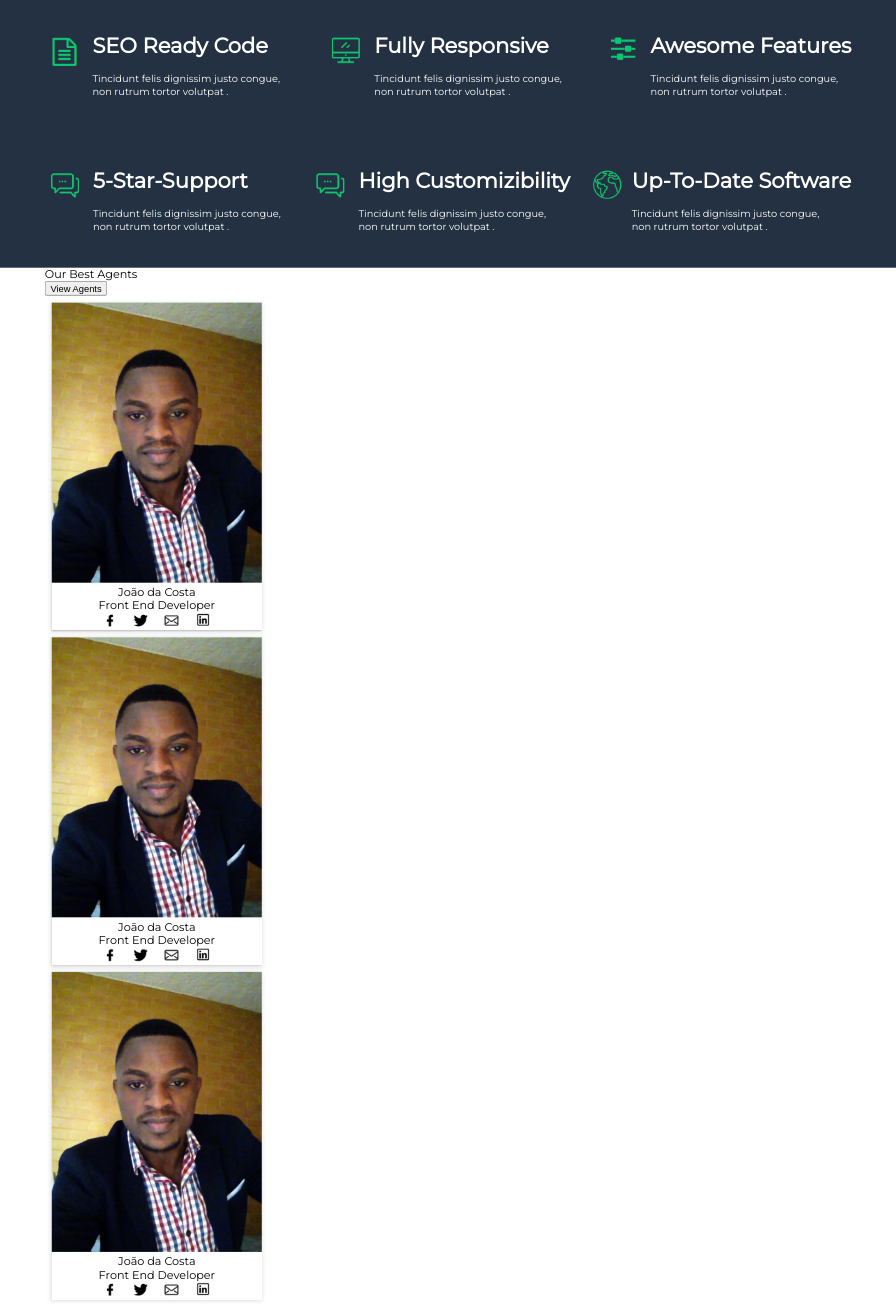
Repository: Yowani24/Real-Estate2
Page: index.html
These files come from the project's save history. The page is drawn as it stood at one moment and after the next save; the edit follows.
The browser window is 1280 px wide. The pictures show the part of the page from y = 1379 to 3299 px (the page is 3245 px tall before and 3299 px after), at 70% of full size.
Some web fonts or font styles are not loaded; a fallback is used.

Above is the page before, as saved 2021-08-27 15:11:42.

After the next save:
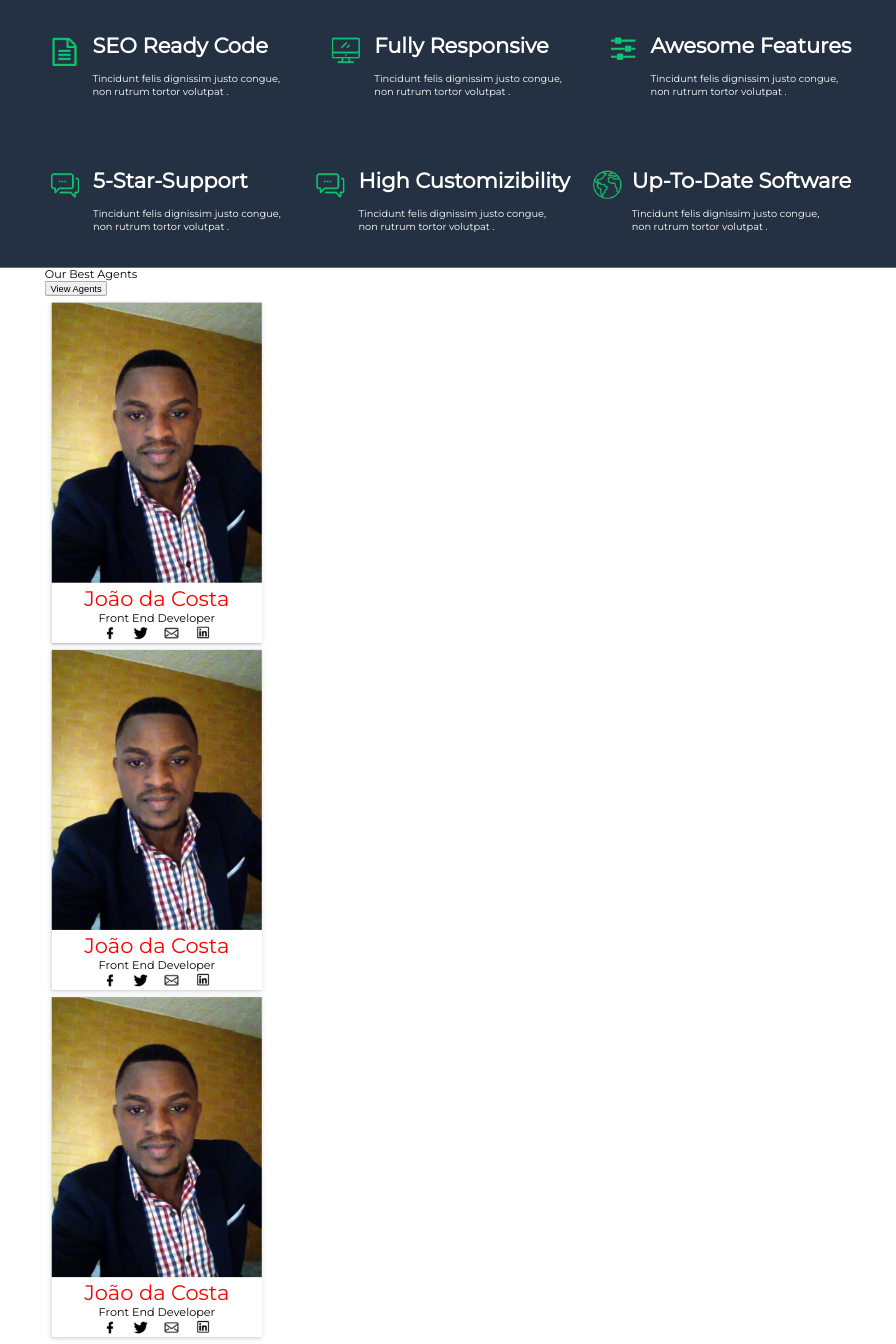
Saved 3 min 15 s later.
--- a/styles.css
+++ b/styles.css
@@ -200,7 +200,7 @@
     margin: 10px;
     text-align: center;
 }
-.agents_box p:nth-child(1){
+.agents_box p:nth-child(2){
     font-size: 30px;
     color: red;
 }

After the save that followed:
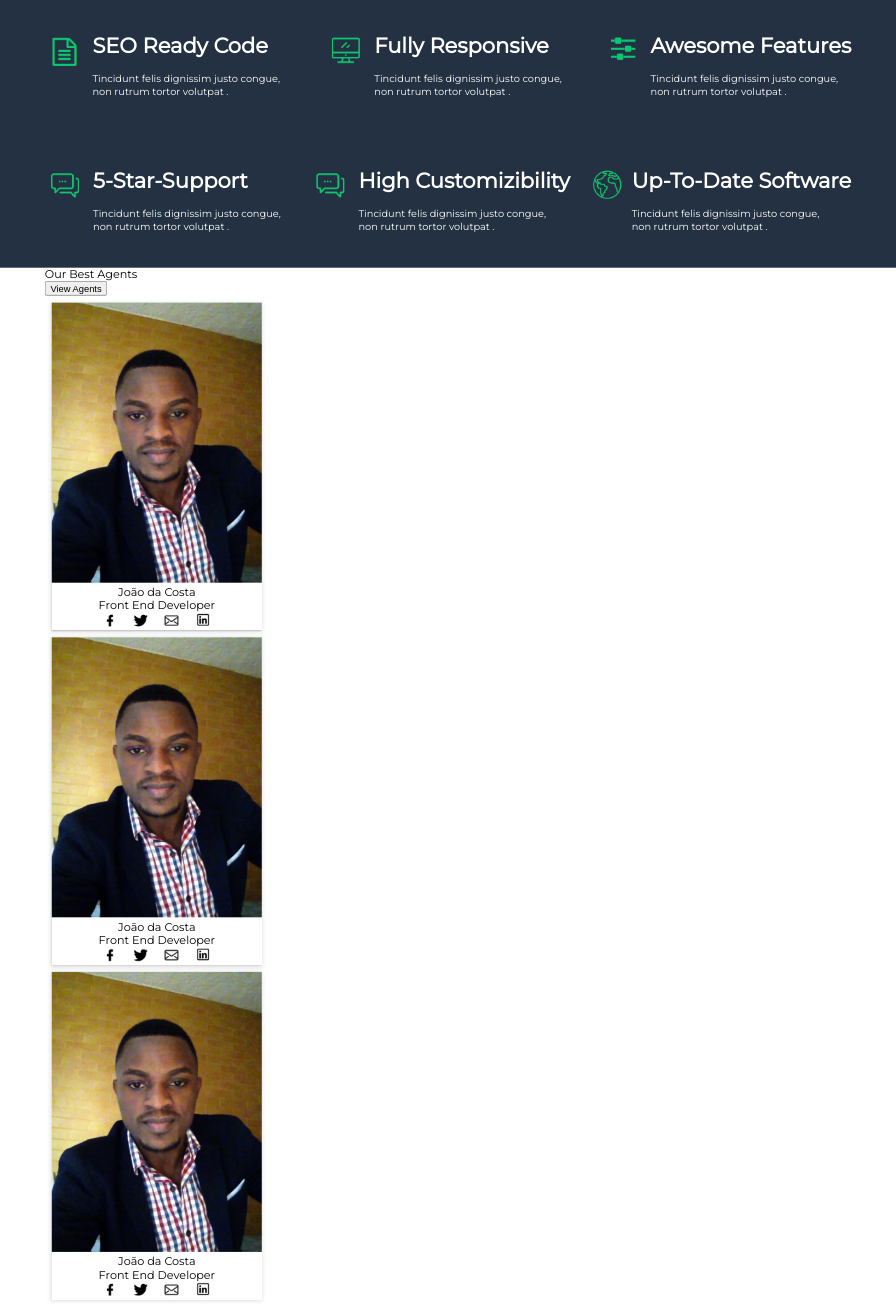
Saved 3 min 36 s later.
--- a/styles.css
+++ b/styles.css
@@ -200,7 +200,7 @@
     margin: 10px;
     text-align: center;
 }
-.agents_box p:nth-child(2){
+.agents_box p:nth-child(1){
     font-size: 30px;
     color: red;
 }
